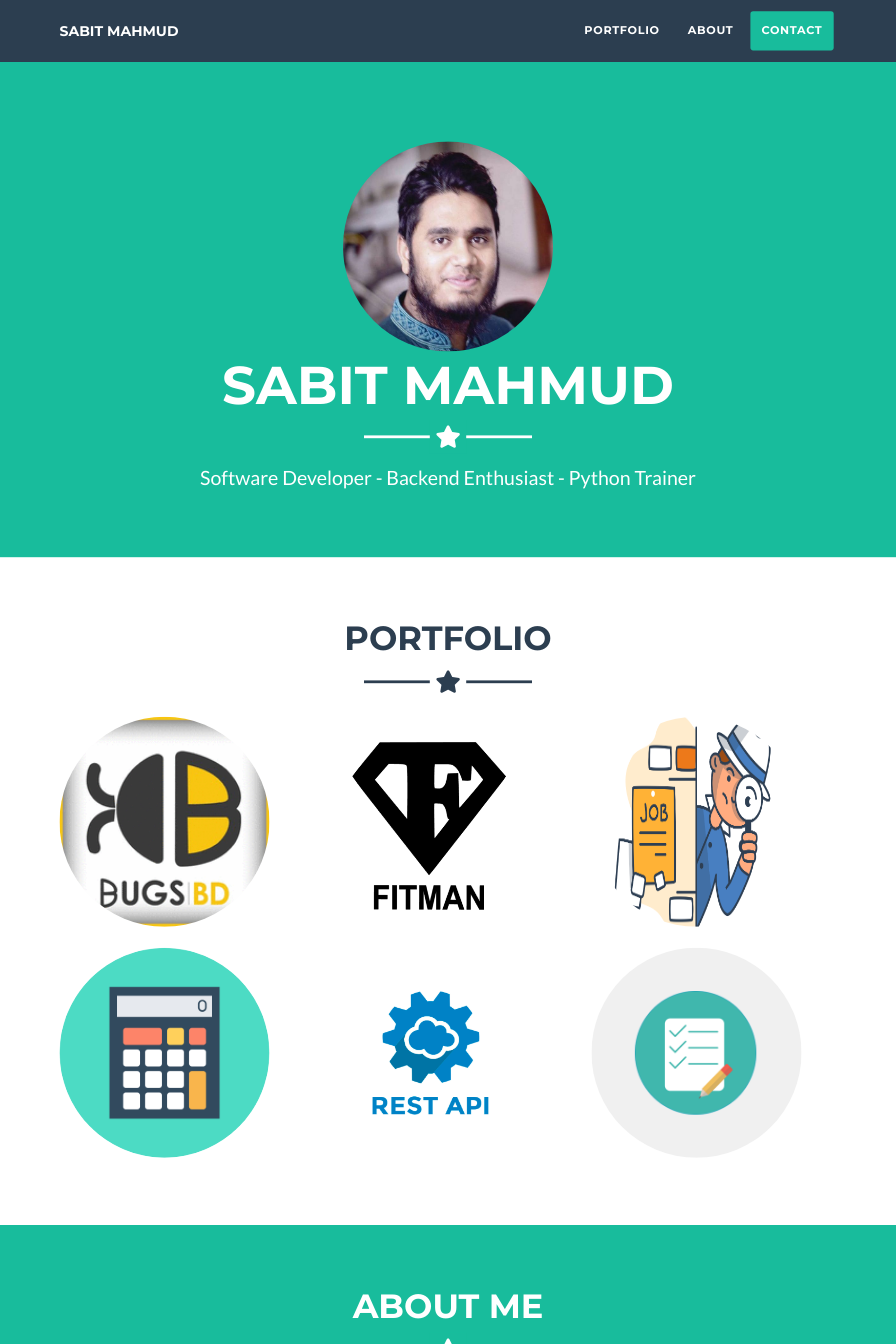
Repository: SabitDeepto/portfolio
Page: index.html
These files come from the project's save history. The page is drawn as it stood at one moment and after the next save; the edit follows.
The browser window is 1280 px wide. The pictures show the part of the page from y = 0 to 1920 px (the page is 3522 px tall), at 70% of full size.

Above is the page before, as saved 2019-04-05 11:06:39.

After the next save:
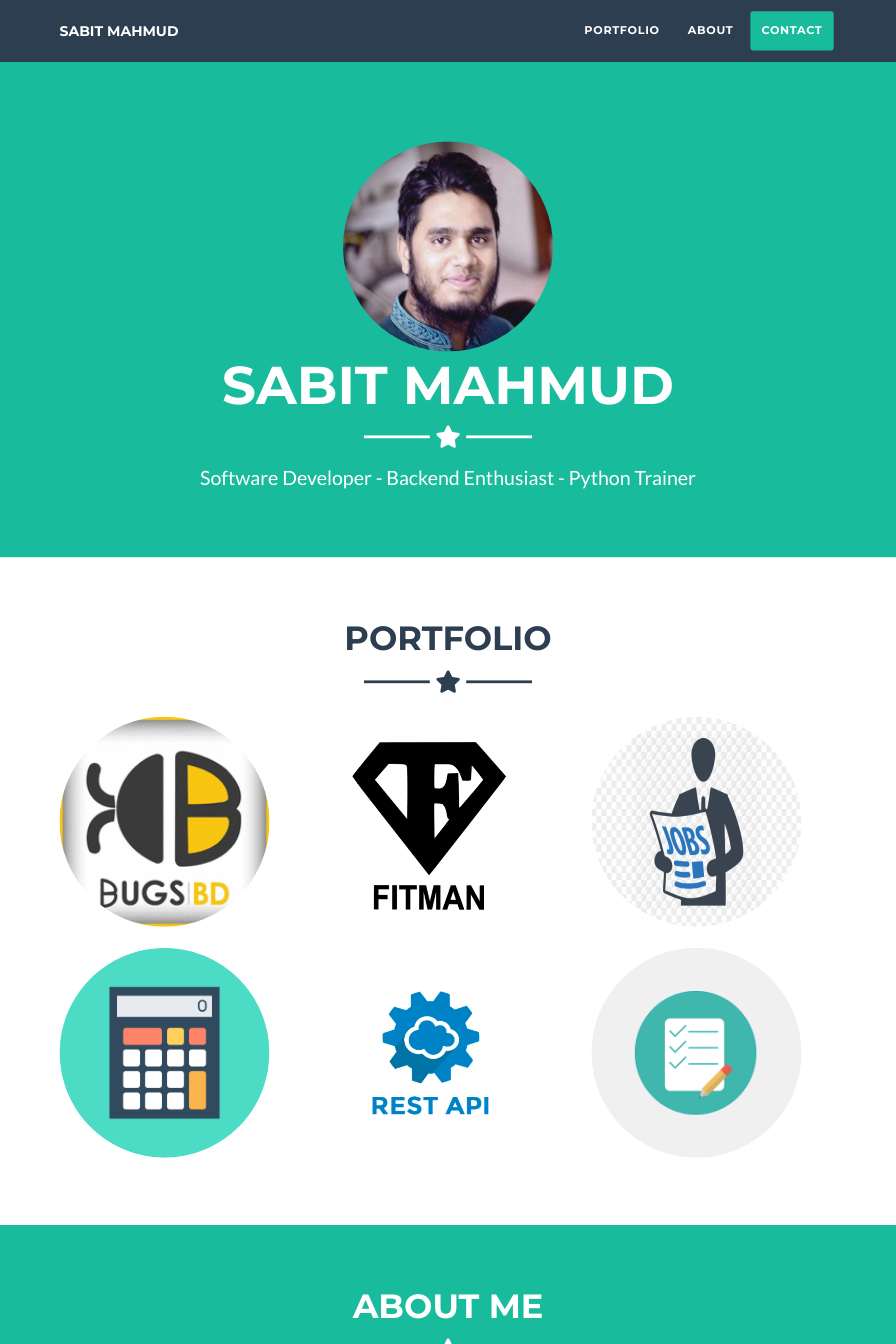
Saved 3 min 6 s later.
--- a/index.html
+++ b/index.html
@@ -95,7 +95,7 @@
                 <i class="fas fa-search-plus fa-3x"></i>
               </div>
             </div>
-            <img class="rounded-circle" src="img/portfolio/3.png" height="300px" width="300px" alt="">
+            <img class="rounded-circle" src="img/portfolio/3.jpeg" height="300px" width="300px" alt="">
           </a>
         </div>
         <div class="col-md-6 col-lg-4">

After the save that followed:
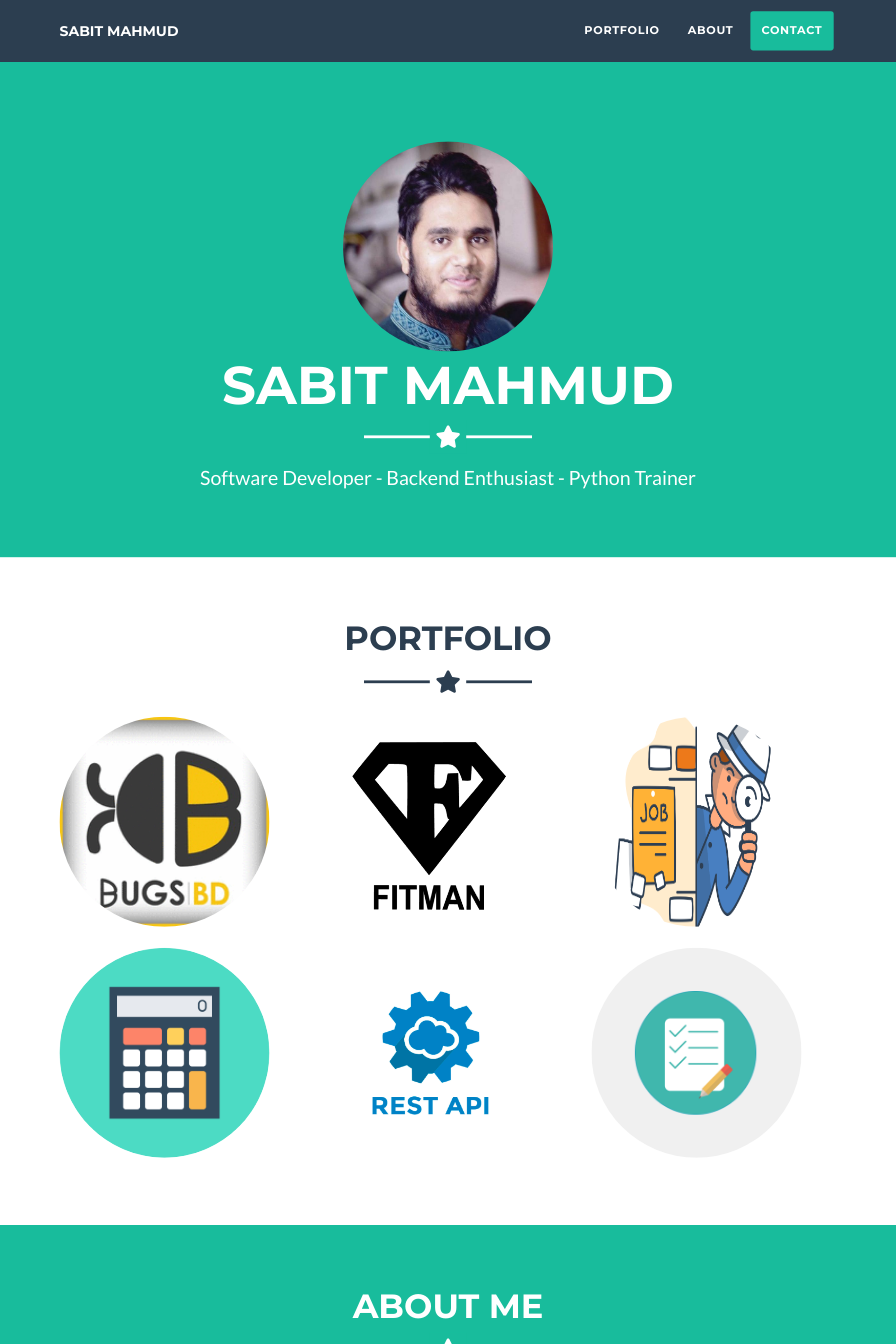
Saved 65 s later.
--- a/index.html
+++ b/index.html
@@ -95,7 +95,7 @@
                 <i class="fas fa-search-plus fa-3x"></i>
               </div>
             </div>
-            <img class="rounded-circle" src="img/portfolio/3.jpeg" height="300px" width="300px" alt="">
+            <img class="rounded-circle" src="img/portfolio/3.png" height="300px" width="300px" alt="">
           </a>
         </div>
         <div class="col-md-6 col-lg-4">
